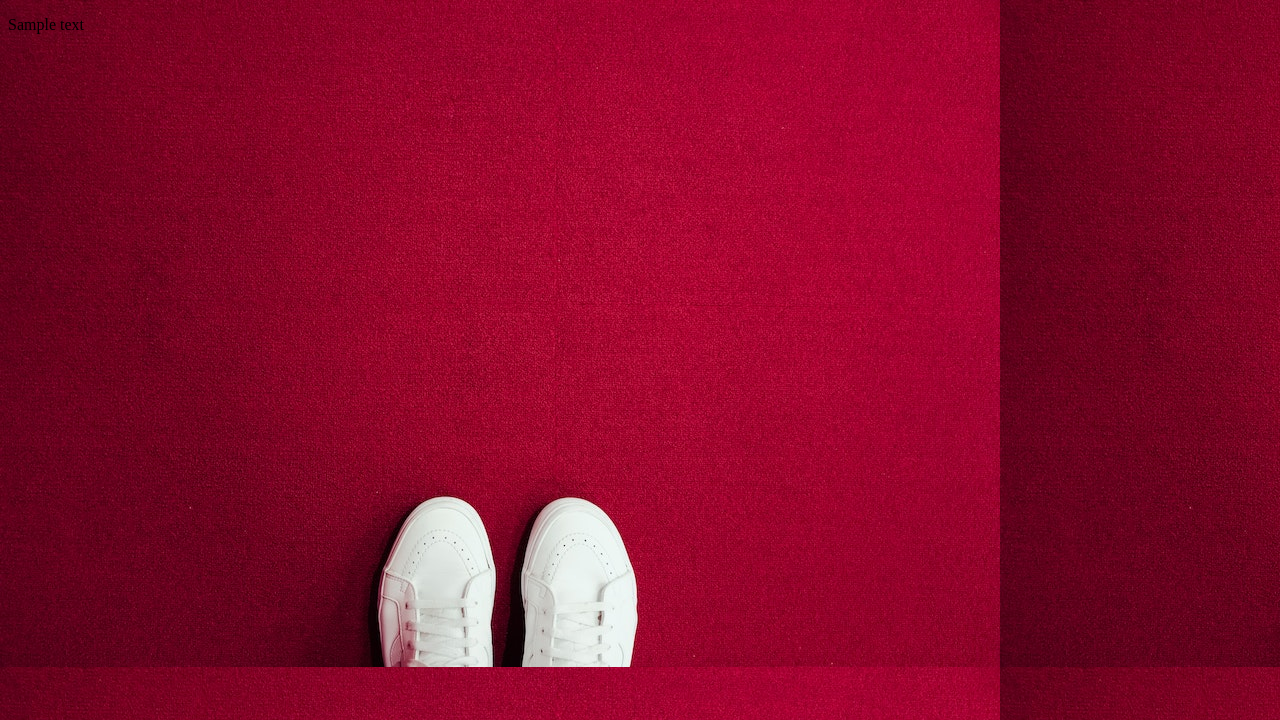
Repository: 9136424556/todo01
Page: coachtech/html-css/indexNO8.html
The author's editor kept a copy of each file at every save. The page is drawn from the files as they stood at one save, then again after the next save.
The browser window is 1280 px wide. The pictures show the whole page.
Some web fonts or font styles are not loaded; a fallback is used.

Above is the page before, as saved 2023-11-27 08:25:11.

### coachtech/html-css/indexNO8.html
<!DOCTYPE html>
<html lang="jp">
<head>
  <meta charset="UTF-8">
  <meta name="viewport" content="width=device-width, initial-scale=1.0">
  <title>Document</title>
  <link rel="stylesheet" href="css/style3.css">
  <!--追加-->
  <link rel="preconnect" href="https://fonts.googleapis.com"> <link rel="preconnect" href="https://fonts.gstatic.com" crossorigin>
  <link href="https://fonts.googleapis.com/css2?family=family=Noto+Serif+JP:wght@900&display=swap" rel="stylesheet">
  <!--追加-->
</head>
<body>
    <p>Sample text</p>
</body>
</html>

### coachtech/html-css/css/style3.css
p {
    font-family: "Noto Serif JP", serif;
}
body {
    background-image: url("../img/red.jpg");
}

After the next save:
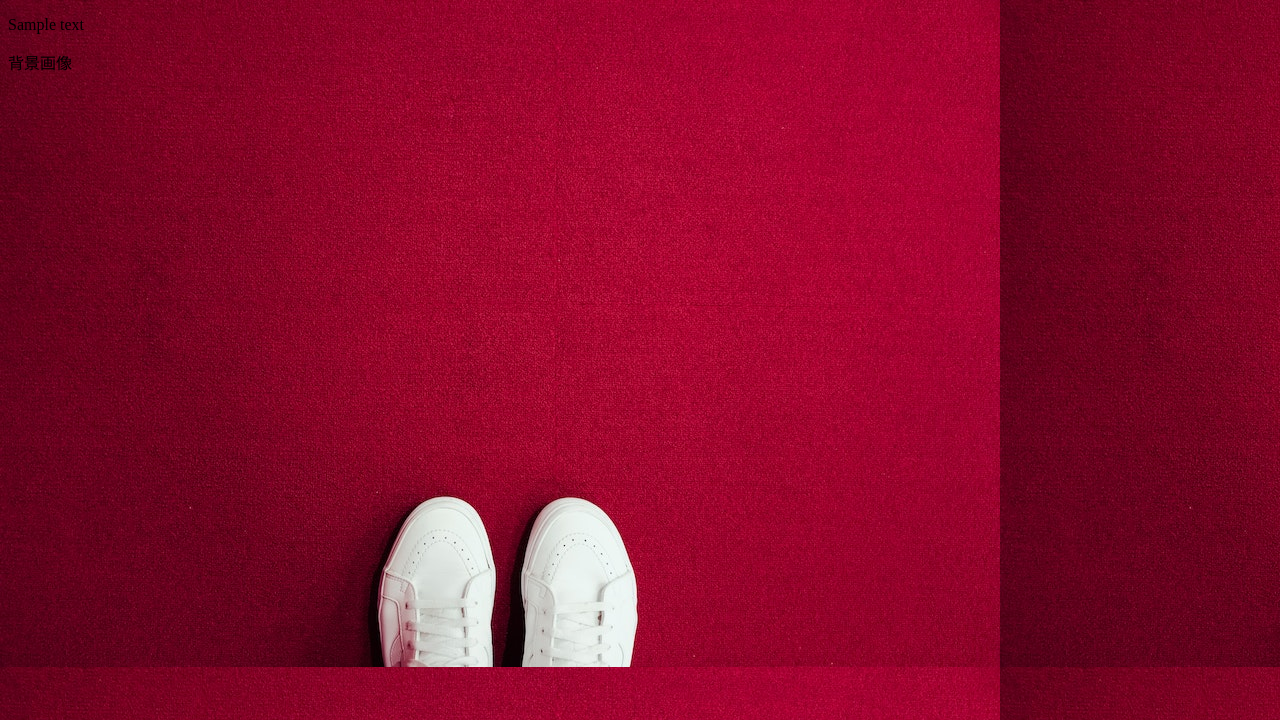
Saved 8 s later.
--- a/coachtech/html-css/indexNO8.html
+++ b/coachtech/html-css/indexNO8.html
@@ -12,5 +12,6 @@
 </head>
 <body>
     <p>Sample text</p>
+    <div>背景画像</div>
 </body>
 </html>
